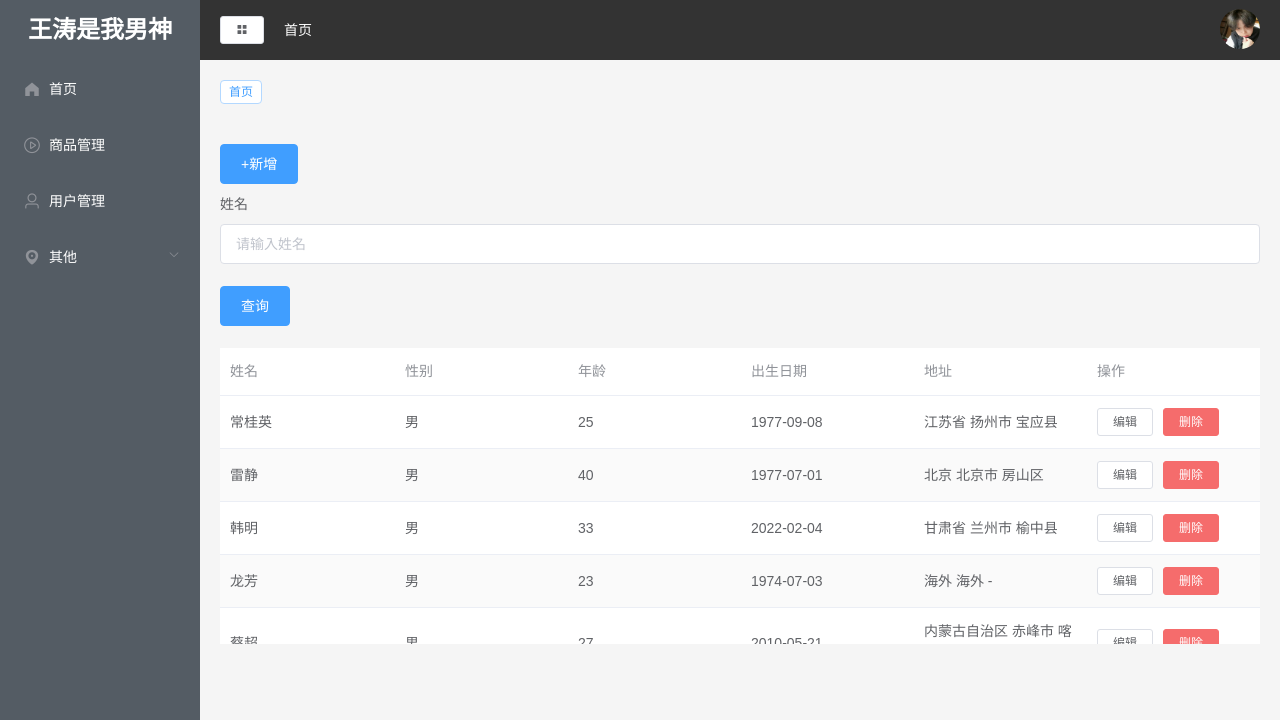
Repository: wangtao20230308/-
Page: /user
The author's editor kept a copy of each file at every save. The page is drawn from the files as they stood at one save, then again after the next save.
The browser window is 1280 px wide. The pictures show the whole page.
The project was rebuilt for these pictures with package versions that can differ from the ones it lists, and the page was loaded fresh each time. Also part of the build but not shown: src/views/Home.vue, src/views/Mall.vue, src/views/PageOne.vue, src/views/PageTwo.vue.

Above is the page before, as saved 2023-03-27 13:50:16.

### src/main.js
import Vue from 'vue'
import App from './App.vue'
// //element-ui全局引入
// import ElementUI from 'element-ui';
// import 'element-ui/lib/theme-chalk/index.css';
// //element-ui转换成一个插件
// Vue.use(ElementUI);

//ele按需导入
import {
  Pagination,
  MessageBox,
  DatePicker,
  Select,
  Option,
  Form,
  FormItem,
  Input,
  Dialog,
  Tag,
  Breadcrumb,
  BreadcrumbItem,
  Table,
  TableColumn,
  Col,
  Row,
  Card,
  Button,
  Radio,
  Container,
  Aside,
  Header,
  Main,
  Menu,
  Submenu,
  MenuItemGroup,
  MenuItem,
  Dropdown,
  DropdownMenu,
  DropdownItem,
} from 'element-ui'
import 'element-ui/lib/theme-chalk/index.css'
import './assets/less/index.less'
Vue.use(Button)
Vue.use(Radio)
Vue.use(Container)
Vue.use(Aside)
Vue.use(Header)
Vue.use(Main)
Vue.use(Menu)
Vue.use(Submenu)
Vue.use(MenuItemGroup)
Vue.use(MenuItem)
Vue.use(Dropdown)
Vue.use(DropdownMenu)
Vue.use(DropdownItem)
Vue.use(Card)
Vue.use(Row)
Vue.use(Col)
Vue.use(Table)
Vue.use(TableColumn)
Vue.use(Breadcrumb)
Vue.use(BreadcrumbItem)
Vue.use(Tag)
Vue.use(Dialog)
Vue.use(Form)
Vue.use(FormItem)
Vue.use(Input)
Vue.use(Select)
Vue.use(Option)
Vue.use(DatePicker)
Vue.use(Pagination)

Vue.component(MessageBox.name, MessageBox) // 全局注册组件， 若使用Vue.use()会再初始时候执行一次，有bug
Vue.prototype.$message = MessageBox // 挂载到vm实例上
Vue.prototype.$confirm = MessageBox // 挂载到vm实例上

//路由引入
import router from './router'
import store from './store'
import './api/mock'

Vue.config.productionTip = false

new Vue({
  router,
  store, //把store挂载到vue实例上
  render: (h) => h(App),
}).$mount('#app')

### src/App.vue
<template>
  <div id="app">
    <router-view></router-view>
  </div>
</template>

<script>
//import HelloWorld from './components/HelloWorld.vue'

export default {
  name: 'App',
  components: {
    //HelloWorld
  },
}
</script>

<style lang="less">
html,
body,
h3,
p {
  padding: 0;
  margin: 0;
}
#app {
  height: 100vh;
}
</style>

### src/router/index.js
//import { hasOwnMetadata } from 'core-js/fn/reflect'
import Vue from 'vue'
import VueRouter from 'vue-router'
import Main from '../views/Main.vue'
import Home from '../views/Home.vue'
import User from '../views/User.vue'
import Mall from '../views/Mall.vue'
import PageOne from '../views/PageOne.vue'
import PageTwo from '../views/PageTwo.vue'

Vue.use(VueRouter)

const routes = [
  //主路由
  {
    path: '/',
    name: 'Main',
    //按需引入组件
    //原型：component: import()
    component: Main,
    redirect: '/home',
    children: [
      //子路由（嵌套路由）
      {
        //首页
        path: 'home',
        name: 'home',
        component: Home,
      },
      {
        //用户页
        path: 'user',
        name: 'user',
        component: User,
      },
      {
        //商品管理
        path: 'mall',
        name: 'mall',
        component: Mall,
      },
      {
        //页面1
        path: 'page1',
        name: 'page1',
        component: PageOne,
      },
      {
        //页面2
        path: 'page2',
        name: 'page2',
        component: PageTwo,
      },
      // {
      //   path: '/user',
      //   name: 'user',
      //   //按需引入组件
      //   //原型：component: import()
      //   component: () => import('../views/User')
      // }
    ],
  },
]

// new VueRouter({
//   mode: 'history',
// })
const router = new VueRouter({
  mode: 'history',
  routes,
})

//导出路由
export default router

### src/store/index.js
import Vue from 'vue'
import Vuex from 'vuex'
import tab from './tab'

//全局注入状态管理vuex
Vue.use(Vuex)

//创建vuex的实例
export default new Vuex.Store({
  modules: {
    tab,
  },
})

### src/api/mock.js
import Mock from 'mockjs'
import homeApi from './mockServeData/home'
import user from './mockServeData/user'

//定义mock请求拦截
// Mock.mock('/api/home/getData', 'get', function () {
//   //拦截到请求后的处理逻辑
//   console.log('拦截到了')
//   return 1
// })
Mock.mock('/api/home/getData', 'get', homeApi.getStatisticalData)

//用户列表的数据
Mock.mock('/api/user/add', 'post', user.createUser) //新增
Mock.mock('/api/user/edit', 'post', user.updateUser) //编辑
Mock.mock('/api/user/del', 'post', user.deleteUser) //删除
Mock.mock(/api\/user\/getUser/, 'get', user.getUserList) //获取表格数据

### src/assets/less/home.less
.home {
    .user {
      display: flex;
      align-items: center;
      padding-bottom: 20px;
      margin-bottom: 20px;
      border-bottom: 1px solid #ccc;
      img {
        width: 150px;
        height: 150px;
        border-radius: 50%;
        margin-right: 40px;
      }
      &info {
        .name {
          font-size: 32px;
          margin-bottom: 10px;
        }
        .access {
          color: #999999;
        }
      }
    }
    .login-info {
      p {
        line-height: 28px;
        font-size: 14px;
        color: #999999;
        span {
          color: #666666;
          margin-left: 60px;
        }
      }
    }
    .num {
      display: flex;
      flex-wrap: wrap;
      justify-content: space-between;
      .el-card {
        width: 32%;
        margin-bottom: 20px;
      }
      .icon {
        font-size: 30px;
        width: 80px;
        height: 80px;
        text-align: center;
        line-height: 80px;
        color: #fff;
      }
      .detail {
        margin-left: 15px;
        display: flex;
        flex-direction: column;
        justify-content: center;
        .num {
          font-size: 30px;
          margin-bottom: 10px;
        }
        .txt {
          font-size: 14px;
          text-align: center;
          color: #999999;
        }
      }
    }
    .graph {
      margin-top: 20px;
      display: flex;
      justify-content: space-between;
      .el-card {
        width: 48%;
      }
    }
  }

### src/views/Main.vue
<template>
  <el-container style="height: 100%">
    <el-aside width="auto">
      <!-- aside -->
      <common-aside></common-aside>
    </el-aside>
    <el-container>
      <el-header>
        <!-- Header -->
        <common-header></common-header>
      </el-header>
      <common-tag />
      <el-main>
        <!-- 路由出口，匹配到的组件都渲染在这里 -->
        <router-view></router-view>
      </el-main>
    </el-container>
  </el-container>
</template>

<script>
import CommonAside from '../components/CommonAside.vue'
import CommonHeader from '../components/CommonHeader.vue'
import commonTag from '../components/commonTag.vue'
export default {
  name: 'Main',
  components: {
    CommonAside,
    CommonHeader,
    commonTag,
  },
  data() {
    return {}
  },
}
</script>

<style lang="less" scoped>
.el-header {
  background-color: #333;
}
// .el-main {
//   padding-top: 0;
// }
</style>

### src/views/User.vue
<template>
  <div class="manage">
    <div>
      <el-dialog title="提示" :visible.sync="dialogVisible" width="50%" :before-close="handleClose">
        <!-- 用户的表单信息 -->
        <el-form ref="form" :model="form" label-width="80px" :inline="true" :rules="rules">
          <el-form-item label="姓名" prop="name">
            <el-input placeholder="请输入姓名" v-model="form.name"></el-input>
          </el-form-item>
          <el-form-item label="年龄" prop="age">
            <el-input placeholder="请输入年龄" v-model="form.age"></el-input>
          </el-form-item>
          <el-form-item label="性别" prop="sex">
            <el-select v-model="form.sex" placeholder="请选择">
              <el-option label="男" :value="1"></el-option>
              <el-option label="女" :value="0"></el-option>
            </el-select>
          </el-form-item>
          <el-form-item label="出生日期" prop="birth">
            <el-date-picker v-model="form.birth" type="datetime" placeholder="选择日期时间" value-format="yyyy-DD-MM"> </el-date-picker>
          </el-form-item>
          <el-form-item label="地址" prop="addr">
            <el-input placeholder="请输入地址" v-model="form.addr"></el-input>
          </el-form-item>
        </el-form>
        <span slot="footer" class="dialog-footer">
          <el-button @click="cancel">取 消</el-button>
          <el-button type="primary" @click="submit">确 定</el-button>
        </span>
      </el-dialog>
    </div>
    <div class="manage-header">
      <el-button type="primary" @click="handleAdd">+新增</el-button>
      <!-- form搜索区域 -->
      <el-form :model="serchForm">
        <el-form-item label="姓名" prop="name">
          <el-input placeholder="请输入姓名" v-model="serchForm.name"></el-input>
        </el-form-item>
        <el-form-item>
          <el-button type="primary" @click="onSubmit">查询</el-button>
        </el-form-item>
      </el-form>
    </div>
    <div class="common-table">
      <el-table :data="tableData" style="width: 100%" height="90%" stripe>
        <el-table-column prop="name" label="姓名"> </el-table-column>
        <el-table-column prop="sex" label="性别">
          <template slot-scope="scope">
            <span>{{ scope.row.sex === 1 ? '男' : '女' }}</span>
          </template>
        </el-table-column>
        <el-table-column prop="age" label="年龄"> </el-table-column>
        <el-table-column prop="birth" label="出生日期"> </el-table-column>
        <el-table-column prop="addr" label="地址"> </el-table-column>
        <el-table-column prop="action" label="操作">
          <template slot-scope="scope">
            <el-button size="mini" @click="handleEidt(scope.row)">编辑</el-button>
            <el-button size="mini" type="danger" @click="handleDelete(scope.row)">删除</el-button>
          </template>
        </el-table-column>
      </el-table>
      <div class="pager">
        <el-pagination layout="prev, pager, next" :total="total" @current-change="handlePage"> </el-pagination>
      </div>
    </div>
  </div>
</template>
<script>
import { getUser, addUser, editUser, delUser } from '../api'
export default {
  name: 'User',
  data() {
    return {
      dialogVisible: false,
      form: {
        name: '',
        age: '',
        sex: '',
        birth: '',
        addr: '',
      },
      rules: {
        name: [{ required: true, message: '请输入姓名', trigger: 'blur' }],
        age: [{ required: true, message: '请输入年龄', trigger: 'blur' }],
        sex: [{ required: true, message: '请选择性别', trigger: 'blur' }],
        birth: [{ required: true, message: '请输入出生日期', trigger: 'blur' }],
        addr: [{ required: true, message: '请输入地址', trigger: 'blur' }],
      },
      tableData: [],
      modalType: 0, //通过该字段管理弹窗是新增还是删除，0表示新增，1表示删除
      total: 0, //当前总条数，默认为0
      pageData: {
        page: 1,
        limit: 10,
      }, //分页参数
      serchForm: {
        name: '',
      },
    }
  },
  methods: {
    //点击确定，提交用户表单
    submit() {
      this.$refs.form.validate((valid) => {
        //判断是否校验，参数valid为boolean值
        if (valid) {
          //校验成功，后续对表单的处理
          console.log(valid, 'valid')
          console.log(this.form, '拿到表单提交后的form数据')
          if (this.modalType === 0) {
            //如果·为0，调用新增接口addUser
            addUser(this.form).then(() => {
              //重新获取列表数据
              this.getList()
            })
          } else {
            editUser(this.form).then(() => {
              //重新获取列表数据
              this.getList()
            })
          }
          this.$refs.form.resetFields()
          //关闭弹窗
          this.dialogVisible = false
        }
      })
    },
    handleClose() {
      this.$refs.form.resetFields()
      this.dialogVisible = false
    },
    cancel() {
      this.handleClose()
    },
    // cancel() {
    //   this.$refs.form.resetFields()
    //   this.dialogVisible = false
    // },
    handleAdd() {
      this.modalType = 0
      this.dialogVisible = true
    },
    handleEidt(rowData) {
      this.modalType = 1
      console.log(rowData)
      this.dialogVisible = true
      //需要深拷贝，不然会直接修改会改变tableData里面的数据，会报错
      this.form = JSON.parse(JSON.stringify(rowData))
    },
    handleDelete(rowData) {
      console.log(rowData)
      this.$confirm('此操作将永久删除该文件, 是否继续?', '提示', {
        confirmButtonText: '确定',
        cancelButtonText: '取消',
        type: 'warning',
      })
        .then(() => {
          delUser({ id: rowData.id }).then(() => {
            this.$message({
              type: 'success',
              message: '删除成功!',
            })
            //重新获取列表数据
            this.getList()
          })
        })
        .catch(() => {
          this.$message({
            type: 'info',
            message: '已取消删除',
          })
        })
    },
    //选择页码回调,val是获取的页码值1、2、3、4、5....
    handlePage(val) {
      console.log(val, 'val')
      this.pageData.page = val
      this.getList()
    },
    //查询列表
    onSubmit() {
      this.getList()
    },
    //公共，获取列表数据
    getList() {
      // 获取列表数据
      getUser({ params: { ...this.serchForm.name, ...this.pageData } }).then(({ data }) => {
        console.log(data, 'data')
        this.tableData = data.list
        this.total = data.count || 0
      })
    },
  },
  mounted() {
    //每次加载重新刷新列表数据
    this.getList()
  },
}
</script>

<style lang="less" scoped>
.manage {
  height: 90%;
  .common-table {
    position: relative;
    height: calc(100% - 62px);
    .pager {
      position: absolute;
      bottom: 0;
      right: 20px;
    }
  }
}
</style>

### src/store/tab.js
//用来管理菜单的数据
export default {
  state: {
    isCollapse: false, // 控制菜单的展开还是收起
    tabsList: [
      {
        path: '/',
        name: 'home',
        label: '首页',
        icon: 's-home',
        url: 'Home/Home',
      },
    ], //面包屑数据
  },
  mutations: {
    //修改菜单展开收起的方法
    collapseMenu(state) {
      state.isCollapse = !state.isCollapse
    },
    //更新面包屑数据
    selectMenu(state, val) {
      //判断添加的数据是否为首页
      if (val.name !== 'home') {
        const index = state.tabsList.findIndex((item) => item.name === val.name)
        //如果不存在
        if (index === -1) {
          state.tabsList.push(val)
        }
      }
    },
    //删除指定的tag数据
    closeTag(state, item) {
      console.log(item, 'item')
      const index = state.tabsList.findIndex((val) => val.name === item.name)
      state.tabsList.splice(index, 1)
    },
  },
}

### src/api/mockServeData/home.js
// mock数据模拟
import Mock from 'mockjs'

// 图表数据
let List = []
export default {
  getStatisticalData: () => {
    //Mock.Random.float 产生随机数100到8000之间 保留小数 最小0位 最大0位
    for (let i = 0; i < 7; i++) {
      List.push(
        Mock.mock({
          苹果: Mock.Random.float(100, 8000, 0, 0),
          vivo: Mock.Random.float(100, 8000, 0, 0),
          oppo: Mock.Random.float(100, 8000, 0, 0),
          魅族: Mock.Random.float(100, 8000, 0, 0),
          三星: Mock.Random.float(100, 8000, 0, 0),
          小米: Mock.Random.float(100, 8000, 0, 0),
        })
      )
    }
    return {
      code: 20000,
      data: {
        // 饼图
        videoData: [
          {
            name: '小米',
            value: 2999,
          },
          {
            name: '苹果',
            value: 5999,
          },
          {
            name: 'vivo',
            value: 1500,
          },
          {
            name: 'oppo',
            value: 1999,
          },
          {
            name: '魅族',
            value: 2200,
          },
          {
            name: '三星',
            value: 4500,
          },
        ],
        // 柱状图
        userData: [
          {
            date: '周一',
            new: 5,
            active: 200,
          },
          {
            date: '周二',
            new: 10,
            active: 500,
          },
          {
            date: '周三',
            new: 12,
            active: 550,
          },
          {
            date: '周四',
            new: 60,
            active: 800,
          },
          {
            date: '周五',
            new: 65,
            active: 550,
          },
          {
            date: '周六',
            new: 53,
            active: 770,
          },
          {
            date: '周日',
            new: 33,
            active: 170,
          },
        ],
        // 折线图
        orderData: {
          date: ['20191001', '20191002', '20191003', '20191004', '20191005', '20191006', '20191007'],
          data: List,
        },
        //表格数据
        tableData: [
          {
            name: 'oppo',
            todayBuy: 500,
            monthBuy: 3500,
            totalBuy: 22000,
          },
          {
            name: 'vivo',
            todayBuy: 300,
            monthBuy: 2200,
            totalBuy: 24000,
          },
          {
            name: '苹果',
            todayBuy: 800,
            monthBuy: 4500,
            totalBuy: 65000,
          },
          {
            name: '小米',
            todayBuy: 1200,
            monthBuy: 6500,
            totalBuy: 45000,
          },
          {
            name: '三星',
            todayBuy: 300,
            monthBuy: 2000,
            totalBuy: 34000,
          },
          {
            name: '魅族',
            todayBuy: 350,
            monthBuy: 3000,
            totalBuy: 22000,
          },
        ],
      },
    }
  },
}

### src/components/CommonAside.vue
<template>
  <el-menu default-active="1-4-1" class="el-menu-vertical-demo" @open="handleOpen" @close="handleClose" :collapse="isCollapse" background-color="#545c64" text-color="#fff" active-text-color="#ffd04b">
    <h3>{{ isCollapse ? '王涛' : '王涛是我男神' }}</h3>
    <el-menu-item @click="clickMenu(item)" v-for="item in noChildrenMenu" :key="item.name" :index="item.name">
      <i :class="`el-icon-${item.icon}`"></i>
      <span slot="title">{{ item.label }}</span>
    </el-menu-item>
    <el-submenu v-for="item in hasChildrenMenu" :key="item.label" :index="item.label">
      <template slot="title">
        <i :class="`el-icon-${item.icon}`"></i>
        <span slot="title">{{ item.label }}</span>
      </template>
      <el-menu-item-group v-for="subItem in item.children" :key="subItem.path">
        <el-menu-item @click="clickMenu(subItem)" :index="subItem.path">{{ subItem.label }}</el-menu-item>
      </el-menu-item-group>
    </el-submenu>
  </el-menu>
</template>

<style lang="less">
.el-menu-vertical-demo:not(.el-menu--collapse) {
  width: 200px;
  min-height: 400px;
}
.el-menu {
  height: 100vh;
  border-right: none;
  h3 {
    color: #fff;
    // height: 48px;
    text-align: center;
    line-height: 60px;
    font-size: 24px;
    font-weight: 700;
    //喜欢哈哈哈
  }
}
</style>

<script>
export default {
  data() {
    return {
      // isCollapse: false,
      menuData: [
        {
          path: '/',
          name: 'home',
          label: '首页',
          icon: 's-home',
          url: 'Home/Home',
        },
        {
          path: '/mall',
          name: 'mall',
          label: '商品管理',
          icon: 'video-play',
          url: 'MallManage/MallManage',
        },
        {
          path: '/user',
          name: 'user',
          label: '用户管理',
          icon: 'user',
          url: 'UserManage/UserManage',
        },
        {
          label: '其他',
          icon: 'location',
          children: [
            {
              path: '/page1',
              name: 'page1',
              label: '页面1',
              icon: 'setting',
              url: 'Other/PageOne',
            },
            {
              path: '/page2',
              name: 'page2',
              label: '页面2',
              icon: 'setting',
              url: 'Other/PageTwo',
            },
          ],
        },
      ],
    }
  },
  methods: {
    handleOpen(key, keyPath) {
      console.log(key, keyPath)
    },
    handleClose(key, keyPath) {
      console.log(key, keyPath)
    },
    clickMenu(item) {
      console.log('======', item)
      if (this.$route.path !== item.path && !(this.$route.path === '/home' && item.path === '/')) this.$router.push(item.path)
      this.$store.commit('selectMenu', item)
    },
  },
  computed: {
    //没有子菜单的导航栏
    noChildrenMenu() {
      return this.menuData.filter((item) => !item.children)
    },
    //有子菜单的导航栏-->其他
    hasChildrenMenu() {
      return this.menuData.filter((item) => item.children)
    },
    isCollapse() {
      return this.$store.state.tab.isCollapse
    },
  },
}
</script>

### src/components/CommonHeader.vue
<template>
  <header>
    <div class="l-content">
      <el-button plain icon="el-icon-menu" size="mini" @click="handleMenu"></el-button>
      <!-- 面包屑 -->
      <el-breadcrumb separator="/">
        <el-breadcrumb-item v-for="item in tags" :key="item.path" :to="{ path: item.path }">{{ item.label }}</el-breadcrumb-item>
      </el-breadcrumb>
    </div>
    <div class="r-content">
      <el-dropdown trigger="click" size="mini">
        <span>
          <img class="user" :src="userImg" />
        </span>
        <el-dropdown-menu slot="dropdown">
          <el-dropdown-item>个人中心</el-dropdown-item>
          <el-dropdown-item>退出</el-dropdown-item>
        </el-dropdown-menu>
      </el-dropdown>
    </div>
  </header>
</template>

<script>
import { mapState } from 'vuex'
export default {
  name: 'CommonHeader',
  data() {
    return {
      userImg: require('../assets/images/user.png'),
    }
  },
  methods: {
    handleMenu() {
      this.$store.commit('collapseMenu')
    },
  },
  computed: {
    ...mapState({
      tags: (state) => state.tab.tabsList,
    }),
  },
}
</script>

<style lang="less" scoped>
header {
  display: flex;
  height: 100%;
  justify-content: space-between;
  align-items: center;
}
.l-content {
  display: flex;
  align-items: center;
  .el-button {
    margin-right: 20px;
  }
  /deep/ .el-breadcrumb__item {
    .el-breadcrumb__inner {
      font-style: normal;
      &.is-link {
        color: #666;
      }
    }
    &:last-child {
      .el-breadcrumb__inner {
        color: #fff;
      }
    }
  }
}
.r-content {
  .user {
    width: 40px;
    height: 40px;
    border-radius: 50%;
  }
}
</style>

### src/components/commonTag.vue
<template>
  <div class="tabs">
    <el-tag v-for="(item, index) in tags" :key="item.path" :effect="$route.name === item.name ? 'dark' : 'plain'" :closable="item.name !== 'home'" @click="changeMenu(item)" @close="handleClose(item, index)" size="small">
      {{ item.label }}
    </el-tag>
  </div>
</template>

<script>
import { mapState, mapMutations } from 'vuex'
export default {
  name: 'CommonTag',
  data() {
    return {}
  },
  computed: {
    ...mapState({
      tags: (state) => state.tab.tabsList,
    }),
  },
  methods: {
    ...mapMutations(['closeTag']),
    //点击tag跳转的功能
    changeMenu(item) {
      this.$router.push({ name: item.name })
    },
    //点击tag删除的功能
    handleClose(item, index) {
      // 调用store中的mutations
      this.closeTag(item)
      const length = this.tags.length
      //删除之后的跳转逻辑，1.删除非激活标签
      if (item.name !== this.$route.name) {
        return
      }
      //2.表示删除的最后一项激活标签
      if (index === length) {
        this.$router.push({ name: this.tags[index - 1].name })
      } else {
        this.$router.push({ name: this.tags[index].name })
      }
    },
  },
}
</script>

<style lang="less" scoped>
.tabs {
  padding: 20px;
  .el-tag {
    margin-right: 15px;
    cursor: pointer;
  }
}
</style>

### src/api/index.js
import http from '../utils/requst'

//请求首页数据
export const getData = () => {
  //返回一个promise对象,/home/getData这个链接由后端提供的get(请求链接，请求参数)
  return http.get('/home/getData')
}

//获取用户user页的列表、新增、编辑、删除数据
export const getUser = (params) => {
  return http.get('/user/getUser', params)
}

export const addUser = (data) => {
  return http.post('/user/add', data)
}

export const editUser = (data) => {
  return http.post('/user/edit', data)
}

export const delUser = (data) => {
  return http.post('/user/del', data)
}

### src/utils/requst.js
// axios的二次封装
import axios from 'axios'

//创建实列
const http = axios.create({
  //通用请求地址的前缀
  baseURL: '/api',
  //超时时间，就是最大的请求时间是多少
  timeout: 10000,
})

// 从axios中文官方文档直接copy，添加请求拦截器
http.interceptors.request.use(
  function (config) {
    // 在发送请求之前做些什么
    return config
  },
  function (error) {
    // 对请求错误做些什么
    return Promise.reject(error)
  }
)

// 添加响应拦截器
http.interceptors.response.use(
  function (response) {
    // 对响应数据做点什么
    return response
  },
  function (error) {
    // 对响应错误做点什么
    return Promise.reject(error)
  }
)

export default http

Loaded but not shown: public/index.html (common file); src/assets/less/index.less (common file); src/assets/less/common.less (common file); src/assets/less/reset.less (common file); src/api/mockServeData/user.js (133 lines, source omitted)

After the next save:
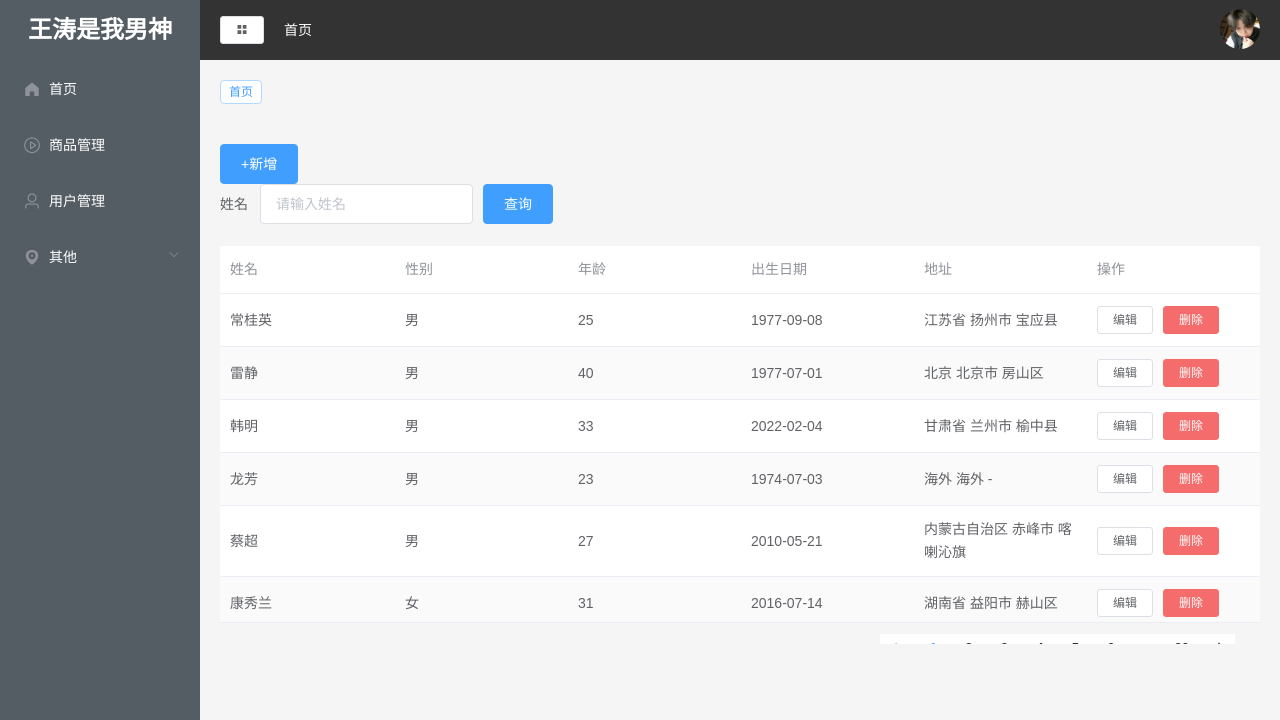
Saved 69 s later.
--- a/src/views/User.vue
+++ b/src/views/User.vue
@@ -32,7 +32,7 @@
     <div class="manage-header">
       <el-button type="primary" @click="handleAdd">+新增</el-button>
       <!-- form搜索区域 -->
-      <el-form :model="serchForm">
+      <el-form :model="serchForm" :inline="true">
         <el-form-item label="姓名" prop="name">
           <el-input placeholder="请输入姓名" v-model="serchForm.name"></el-input>
         </el-form-item>
